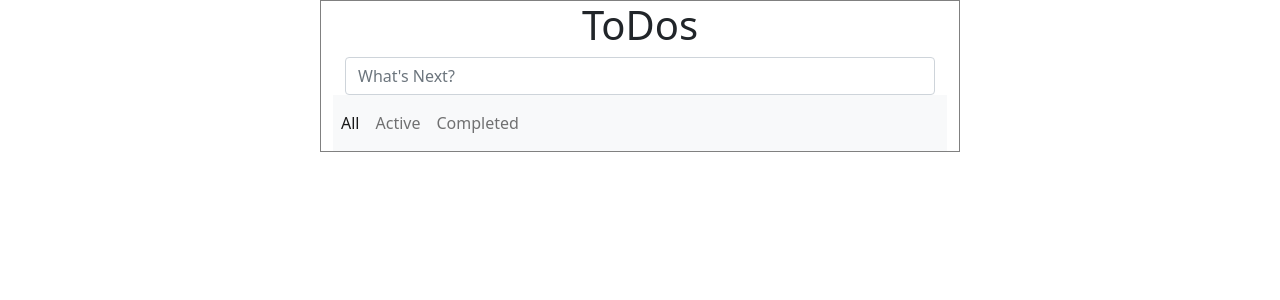
Repository: shuroo/FECourse-final-ex-todos
Page: /
The author's editor kept a copy of each file at every save. The page is drawn from the files as they stood at one save, then again after the next save.
The browser window is 1280 px wide. The pictures show the whole page.
The project was rebuilt for these pictures with package versions that can differ from the ones it lists, and the page was loaded fresh each time. Also part of the build but not shown: src/App.css, src/components/TaskComponent.jsx.

Above is the page before, as saved 2021-08-04 02:23:40.

### src/App.js
import './App.css';
import HomePage from './pages/HomePage';
import 'bootstrap/dist/css/bootstrap.min.css';

function App() {
    return (

        <
        HomePage / >



    );
}

export default App;

### src/pages/HomePage.jsx

import React, { Component,useState,useEffect } from 'react';
import Container from 'react-bootstrap/Container'
import FormComponent from "../components/FormComponent";
import FooterBar from '../components/FooterBar';
import TaskModel from '../model/TaskModel';
import 'bootstrap/dist/css/bootstrap.min.css';
import 'HomePage.css';
import Alert from 'react-bootstrap/Alert'

import {
    BrowserRouter as Router,
    Switch,
    Route,
    Link
  } from "react-router-dom";
import TaskComponent from '../components/TaskComponent';

function HomePage(){

    function defaultFilter(task){ return true; }
    function activeTasksFilter(task){ return task && !task.isDone; }
    function completedTasksFilter(task){ return task && task.isDone; };

    const [tasks, setTasks] = useState([]);
    const [tasksFiltered, setTasksFiltered] = useState([...tasks]);
    const [taskToAdd, setTaskToAdd] = useState("");
    const [filterBy, setFilterBy] = useState("All");
    const [taskToRemove, setTaskToRemove] = useState("");
    const [showAlert, setShowAlert] = useState("none");
    // const [filteredTasks, setFilteredTasks] = useState(tasks);

    function updateTasks(){
        const newTaskName = document.getElementById("tasksAddInput").value;
        const taskToAdd = new TaskModel(newTaskName,false); //todo: add key?
        const tasksCpy = [...tasks];
        tasksCpy.push(taskToAdd);
        setTasks(tasksCpy);
        setTasksFiltered(tasksCpy);

    }

    useEffect(() => {
        updateTasks();
     }, [taskToAdd])


    function removeTask(taskId){
        const tasksCpy = [...tasks];
        const index = tasksCpy.map(function(item) {
            return item.key;
        }).indexOf(taskId);
        if(tasksCpy[index] && !tasksCpy[index].isDone){
            setShowAlert("block");
            return;
        }
        setShowAlert("none");
        tasksCpy.splice(index, 1);
        setTasks(tasksCpy);
        setTasksFiltered(tasksCpy);

    }

    useEffect(() => {
        removeTask(taskToRemove)
      }, [taskToRemove]);



   useEffect(() => {
    let tasksCpy = [...tasks];
    let filterByFunc = ((filterBy === 'All') ? defaultFilter : ((filterBy === 'Active') ? activeTasksFilter : completedTasksFilter ));
    tasksCpy = (!tasks ? null : tasksCpy.filter(filterByFunc));
    //alert(tasksCpy.length);
    setTasksFiltered(tasksCpy);
  }, [setFilterBy,filterBy]);



  // const tasksFiltered =  [...tasks].filter((task)=>filterBy(task));
    const tasksView = (!tasksFiltered ? null :tasksFiltered.map((task,index) =>{
        return <TaskComponent removeTask={removeTask} key={task.key+index} task={task}/>;}));

    return (<Container  fluid="md" className="col-lg-6 col-md-6 col-sm-6 col">
            <h1>ToDos</h1>
            <Alert key={"removeWarning"} variant="danger" style={{"display":showAlert}}>
                Cannot Remove incomplete task. aborting.
            </Alert>
            <FormComponent tasks={tasks} setTasks={setTaskToAdd}/>
            {tasksView}
             <FooterBar  tasks={tasks} setFilter={setFilterBy} />
            </Container>

            )
    }

export default HomePage;

### src/components/FormComponent.jsx
import React, { Component } from 'react';
import { Button, ButtonGroup, Row } from 'react-bootstrap';
import Container from 'react-bootstrap/Container';
import Form from 'react-bootstrap/Form';
// todo: support task addition here!
function FormComponent({tasks,setTasks}) {

    // {tasks , setTasks}

    function addATask(e){
        if(e.charCode===13){
          const newTaskName = document.getElementById("tasksAddInput").value;
            setTasks(newTaskName);
          }

    }

    return (
    <Container>
      <Form onSubmit={((e)=>{ e.preventDefault();return false;})}>
        <Form.Group >
            <Form.Control type="text"  id="tasksAddInput" onKeyPress={((e)=>addATask(e))} placeholder="What's Next?" />
        </Form.Group>
      </Form>
    </Container>
    );

}

export default FormComponent;

### src/components/FooterBar.jsx
import React, { Component } from 'react';

import Navbar from 'react-bootstrap/Navbar'

import Nav from 'react-bootstrap/Nav'
import { Container, Row, Col } from 'react-bootstrap';

function FooterBar({setFilter}){


      return (
        <Navbar bg="light" expand="lg" >

          <Navbar.Collapse id="basic-navbar-nav">
      <Nav className="me-auto">
      <Nav.Link active key="All" onClick={()=>setFilter("All")} >All </Nav.Link>
      <Nav.Link key="Active" onClick={()=>setFilter("Active")}  >Active
         </Nav.Link>
         <Nav.Link key="Active" onClick={()=>setFilter("Completed")}  >Completed </Nav.Link>
        </Nav>
        </Navbar.Collapse>

        </Navbar>

      )

  }

  export default FooterBar;

### src/model/TaskModel.jsx
class TaskModel{
    constructor(name,isDone){
        this.name = name;
        this.isDone = isDone;
        this.key=name;
        this.setIsDone = this.setIsDone.bind(this);
    }

    setIsDone(boolVal){
        this.isDone = boolVal;
    }
}

export default TaskModel;

### src/pages/HomePage.css
.col {
    text-align: center;
    border: 1px solid gray;
}

Loaded but not shown: public/index.html (common file); src/index.js (common file); src/index.css (common file); src/reportWebVitals.js (common file)

After the next save:
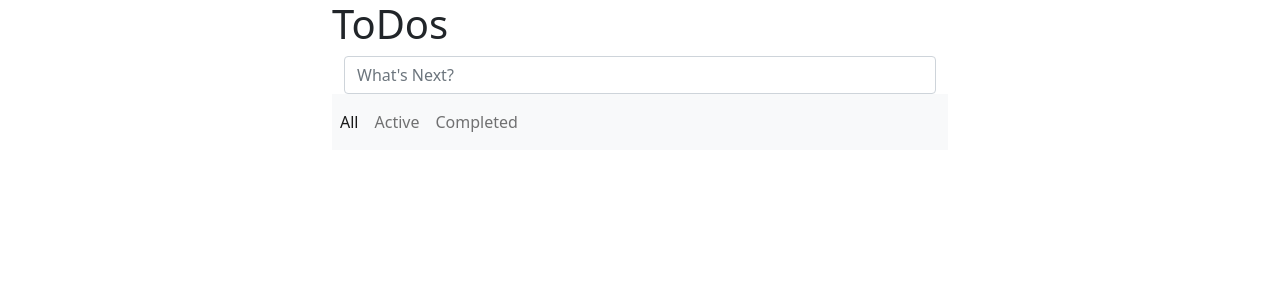
Saved 87 s later.
--- a/src/pages/HomePage.jsx
+++ b/src/pages/HomePage.jsx
@@ -5,7 +5,7 @@
 import FooterBar from '../components/FooterBar';
 import TaskModel from '../model/TaskModel';
 import 'bootstrap/dist/css/bootstrap.min.css';
-import 'HomePage.css';
+import '../App.css';
 import Alert from 'react-bootstrap/Alert'
 
 import {

After the save that followed:
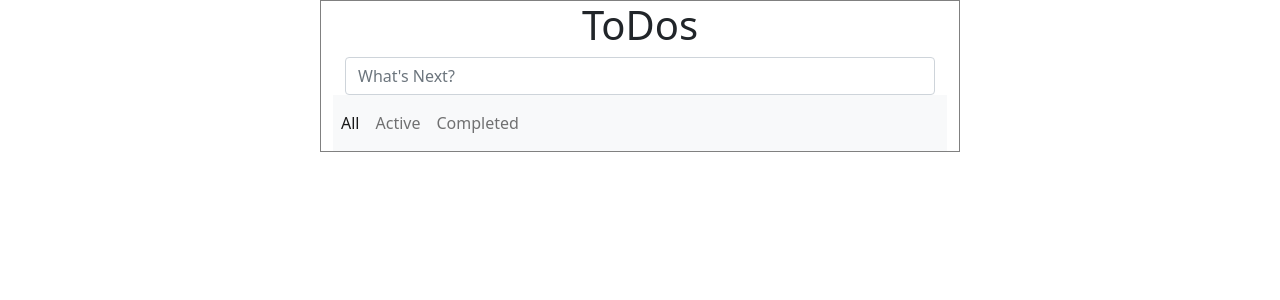
Saved 34 s later.
--- a/src/pages/HomePage.jsx
+++ b/src/pages/HomePage.jsx
@@ -5,7 +5,7 @@
 import FooterBar from '../components/FooterBar';
 import TaskModel from '../model/TaskModel';
 import 'bootstrap/dist/css/bootstrap.min.css';
-import '../App.css';
+import 'HomePage.css';
 import Alert from 'react-bootstrap/Alert'
 
 import {
